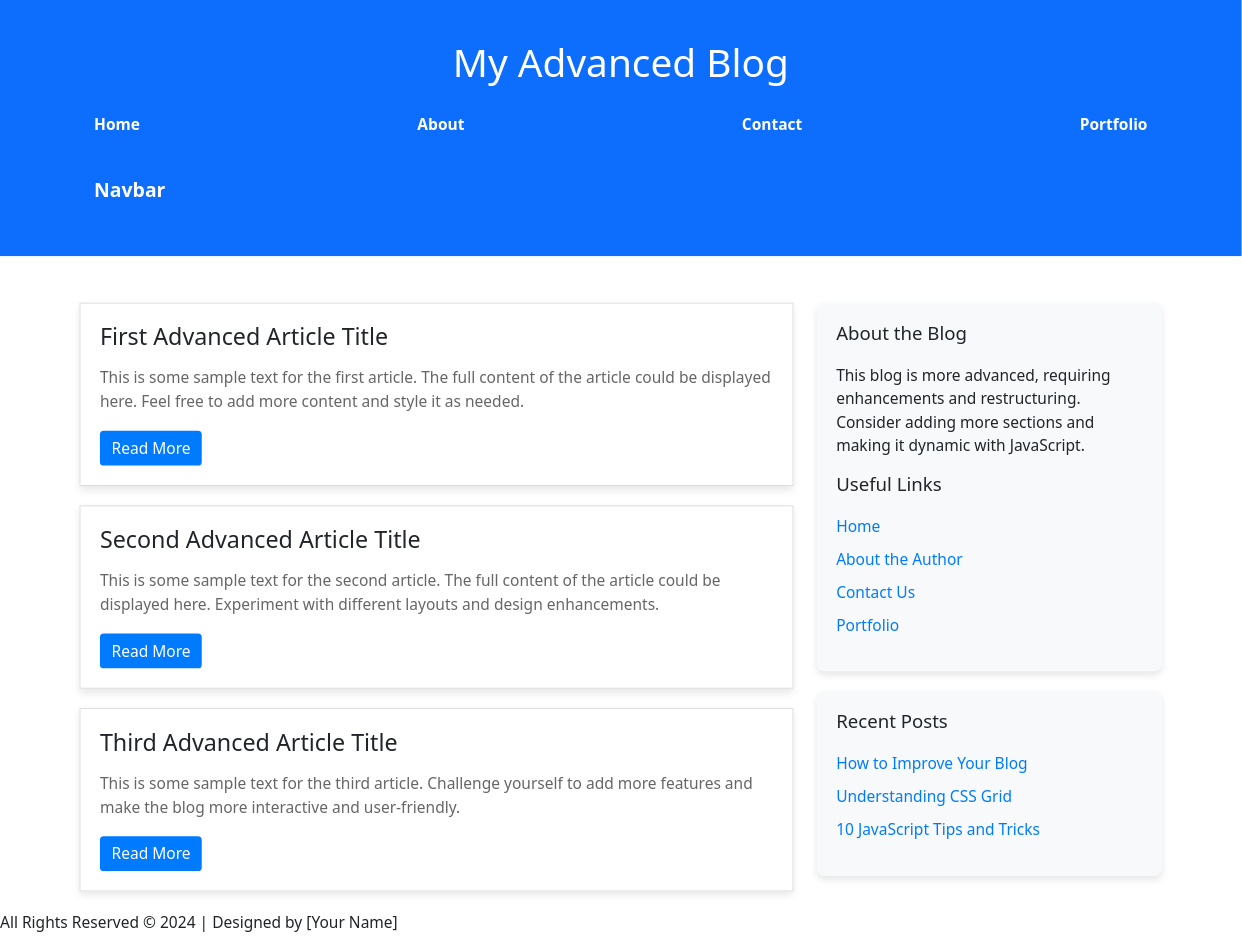
Repository: zeinawady/Blog-Code-Refactoring
Page: index.html
These files come from the project's save history. The page is drawn as it stood at one moment and after the next save; the edit follows.
The browser window is 1280 px wide. The pictures show the whole page, at 97% of full size.

Above is the page before, as saved 2024-09-23 14:20:39.

After the next save:
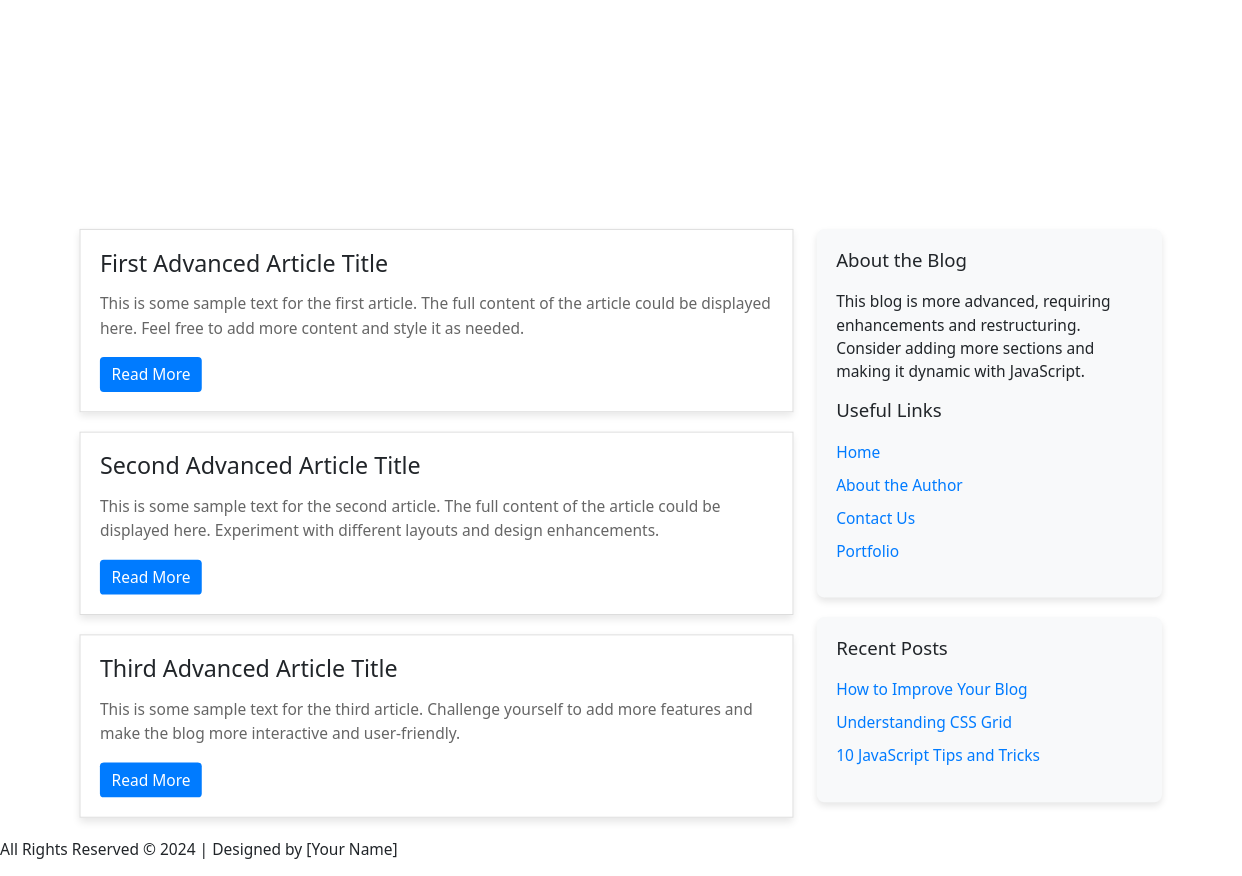
Saved 23 s later.
--- a/index.html
+++ b/index.html
@@ -12,40 +12,18 @@
 
   </head>
   <body>
-    <header class="bg-primary">
+    <header>
       <h1>My Advanced Blog</h1>
-
-      <div class="container ">
-        <nav class="navbar">
+    <nav class="navbar">
+      <div class="container">
         <a href="#" >Home</a>
         <a href="#">About</a>
         <a href="#" >Contact</a>
         <a href="#">Portfolio</a>
- </nav>
+
       </div>
-      <nav class="navbar navbar-expand-lg bg-body-tertiary">
-        <div class="container">
-          <a class="navbar-brand" href="#">Navbar</a>
-          <button class="navbar-toggler" type="button" data-bs-toggle="collapse" data-bs-target="#navbarNav" aria-controls="navbarNav" aria-expanded="false" aria-label="Toggle navigation">
-            <span class="navbar-toggler-icon"></span>
-          </button>
-          <div class="collapse navbar-collapse" id="navbarNav">
-            <ul class="navbar-nav">
-              <li class="nav-item">
-                <a class="nav-link active" aria-current="page" href="#" class="text-success">Home</a>
-              </li>
-              <li class="nav-item">
-                <a class="nav-link" href="#">Features</a>
-              </li>
-              <li class="nav-item">
-                <a class="nav-link" href="#">Pricing</a>
-              </li>
 
-            </ul>
-          </div>
-        </div>
-      </nav>
-
+    </nav>
 
     </header>
 
